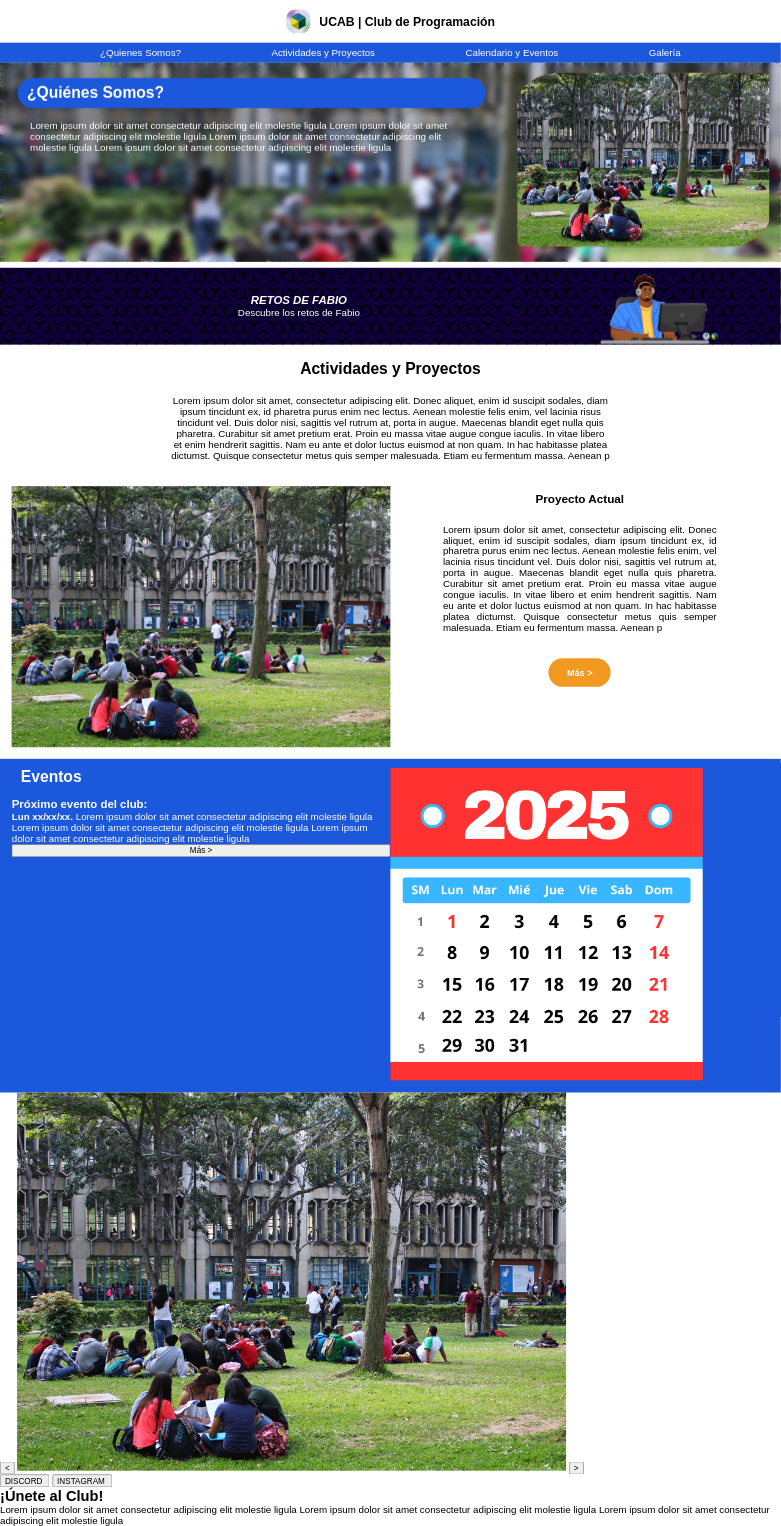
Repository: LuisR404/LandingPage
Page: Pages/QuienesSomos.html
The author's editor kept a copy of each file at every save. The page is drawn from the files as they stood at one save, then again after the next save.
The browser window is 1280 px wide. The pictures show the whole page, at 61% of full size.

Above is the page before, as saved 2025-11-10 14:19:41.

After the next save:
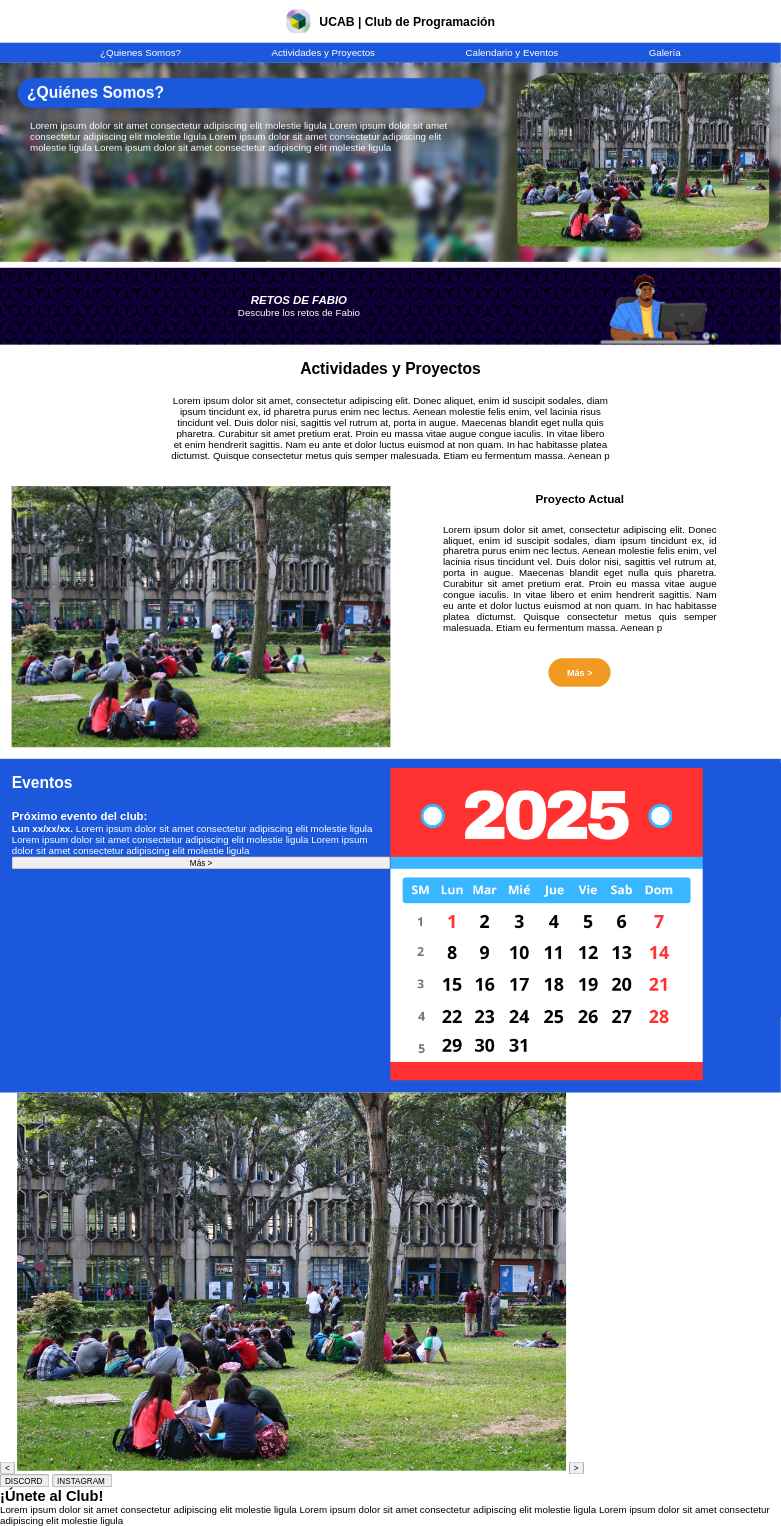
Saved 6 s later.
--- a/Styles/QuienesSomos.css
+++ b/Styles/QuienesSomos.css
@@ -286,6 +286,6 @@
     text-align: left;
     white-space: nowrap;
 
-    padding: 0px 15px;
-    margin-bottom: 20px;
-}
+    padding: 10px 0px;
+    margin-bottom: 20px;
+}
